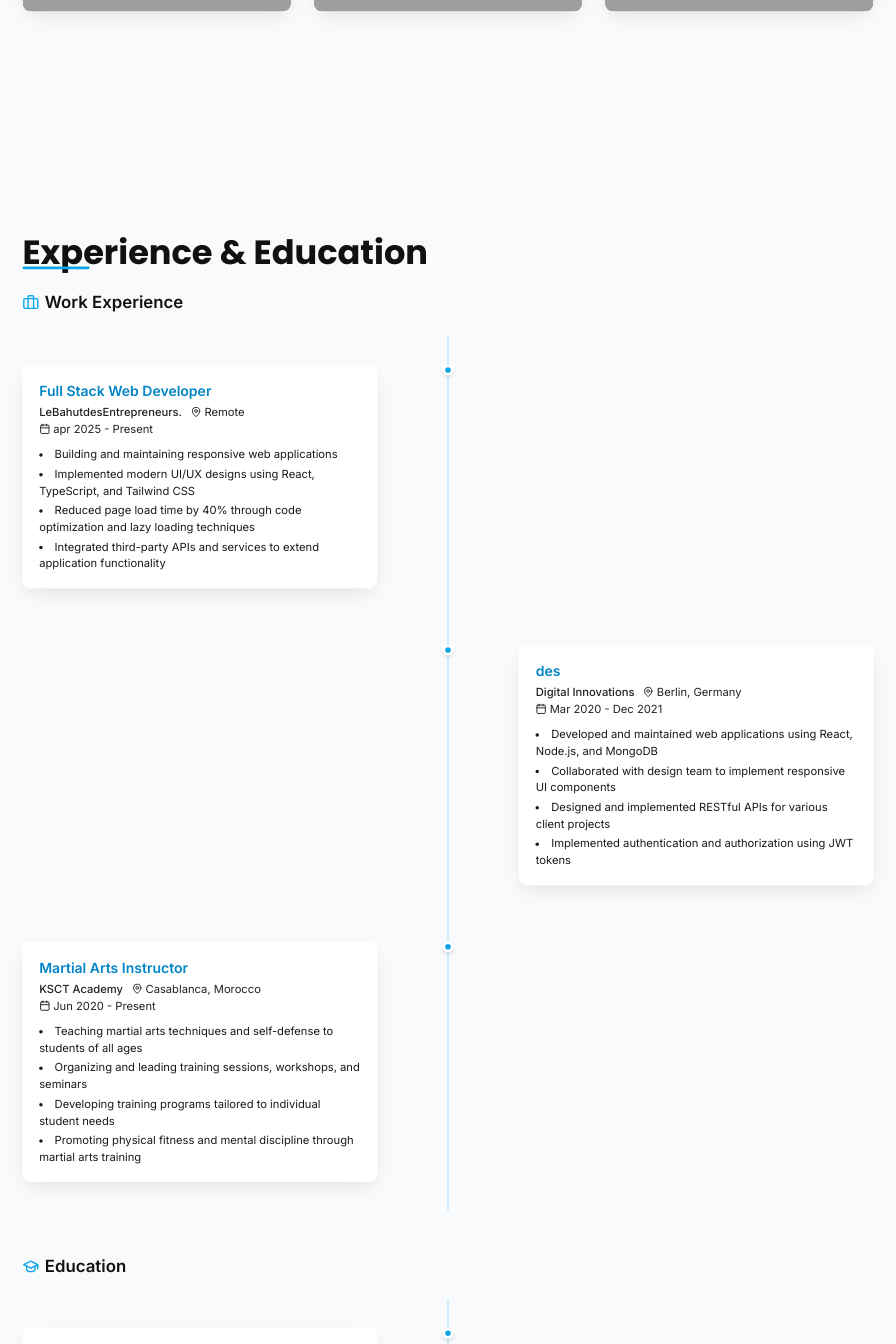
Repository: Abdelilah-Lakrim/Personal_Portfolio
Page: /
The author's editor kept a copy of each file at every save. The page is drawn from the files as they stood at one save, then again after the next save.
The browser window is 1280 px wide. The pictures show the part of the page from y = 3731 to 5651 px (the page is 7929 px tall), at 70% of full size.
Pictures or frames that could not be fetched are drawn as grey boxes. The project was rebuilt for these pictures with package versions that can differ from the ones it lists, and the page was loaded fresh each time. Also part of the build but not shown: vite.config.ts.

Above is the page before, as saved 2025-05-21 12:44:04.

After the next save:
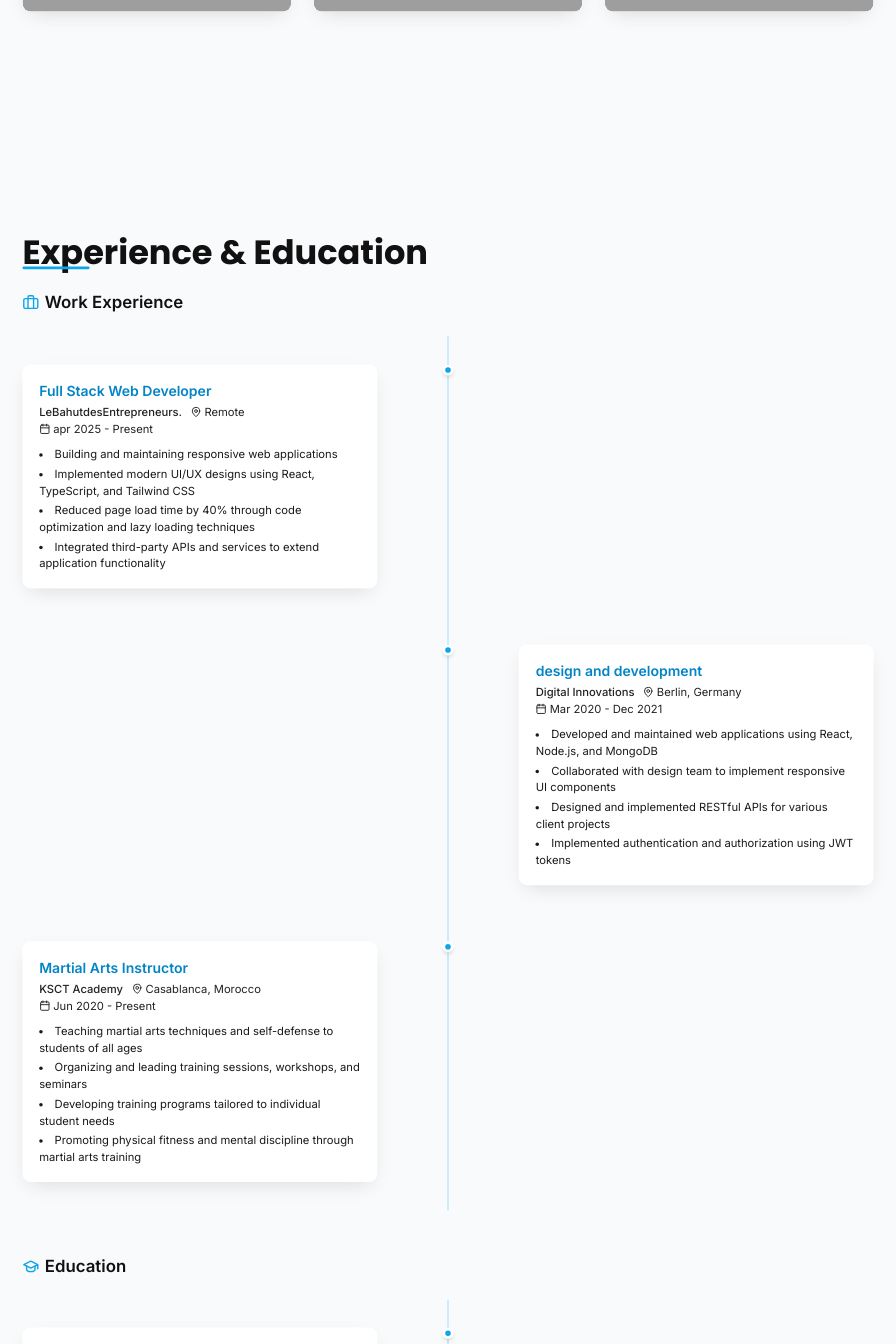
Saved 5 s later.
--- a/src/components/Experience.tsx
+++ b/src/components/Experience.tsx
@@ -28,7 +28,7 @@ const Experience: React.FC = () => {
     },
     {
       id: 2,
-      position: 'des',
+      position: 'design and development',
       company: 'Digital Innovations',
       location: 'Berlin, Germany',
       duration: 'Mar 2020 - Dec 2021',
